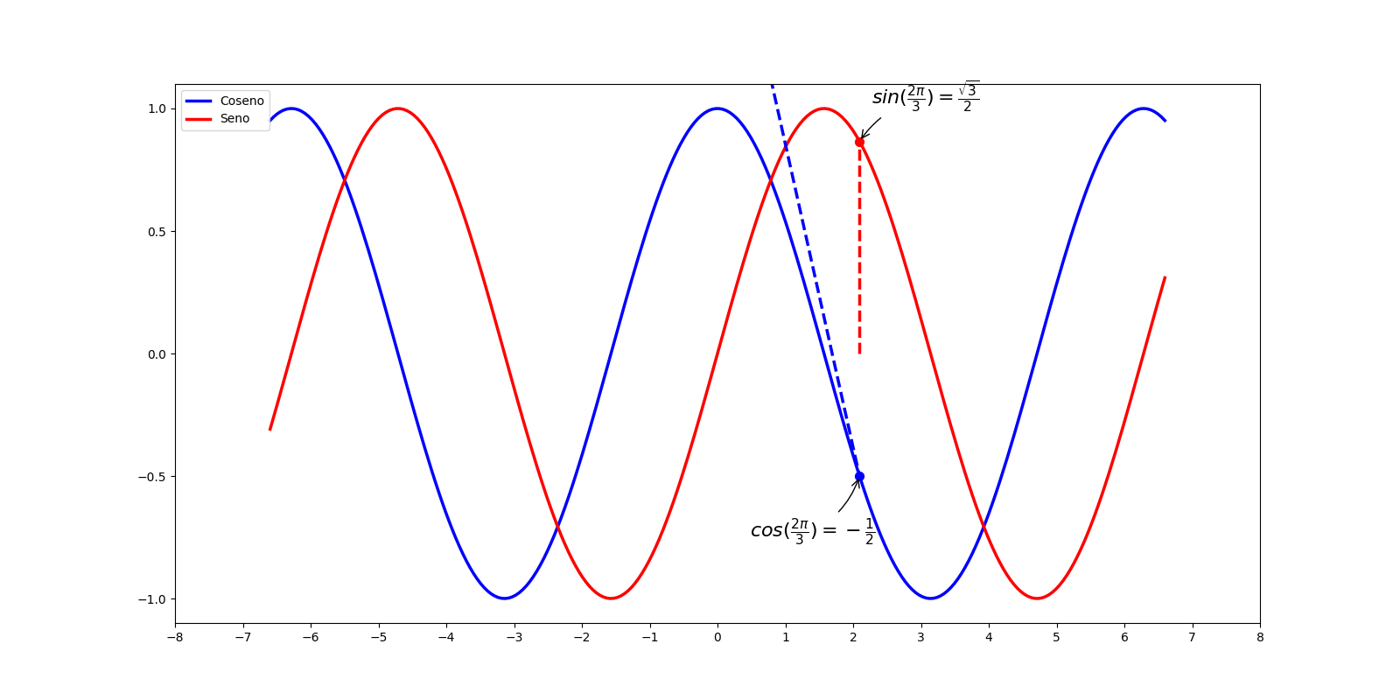
Repository: Jaamunozr/Archivos-python
Script's output: python Archivos Python/Graficas/ejecutable.py
The author's editor kept a copy of each file at every save. The script's output is drawn from the files as they stood at one save, then again after the next save.
Figures wider than 1,400 px are first shrunk to that width. Animations are shown at an early frame. Random numbers start from a fixed seed.

Above is the script's output before, as saved 2020-02-16 22:01:07.

After the next save:
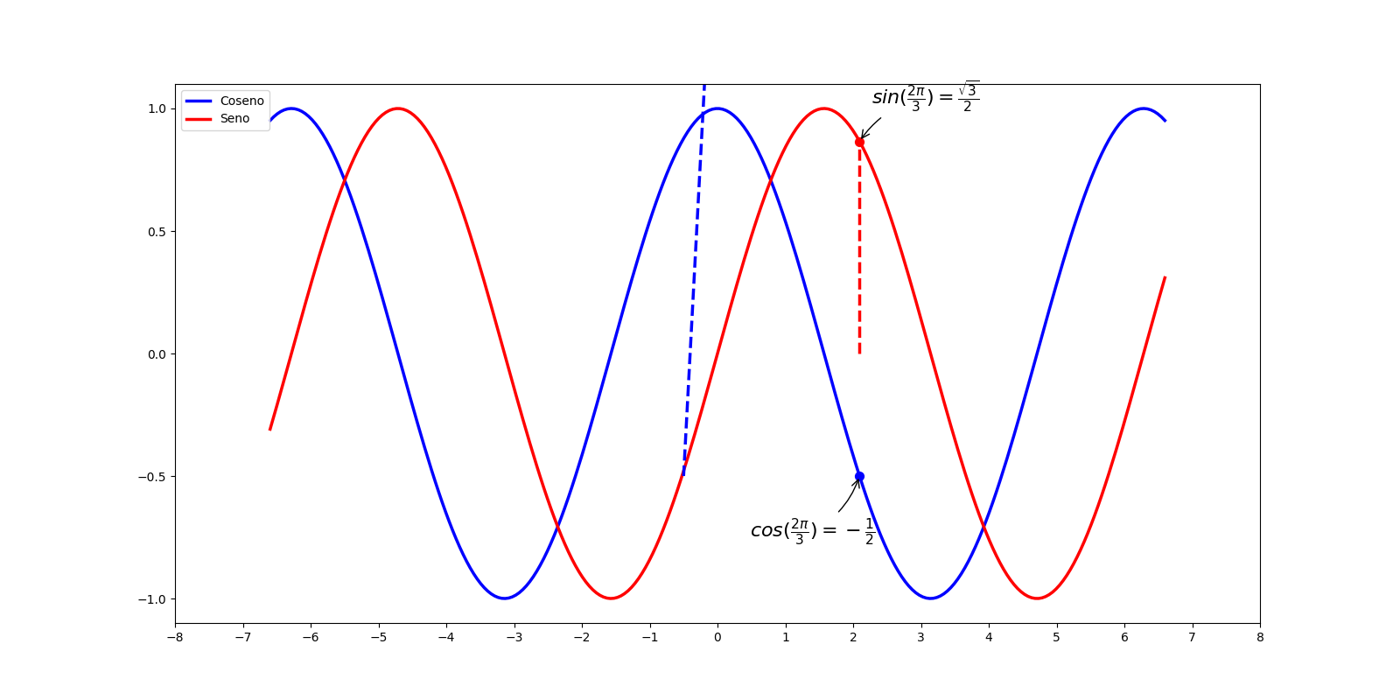
Saved 52 s later.
--- a/Archivos Python/Graficas/ejecutable.py
+++ b/Archivos Python/Graficas/ejecutable.py
@@ -56,7 +56,7 @@ pl.legend(loc='upper left')
 #AGREGRA UNA ANOTACION EN UN PUNTO CONOCIDO
 t = 2 * np.pi / 3
 #Para coseno------------------------------------------------------------------------------------
-pl.plot([0, t], [t, np.cos(t)], color='blue', linewidth=2.5, linestyle="--")
+pl.plot([0, np.cos(t)], [t, np.cos(t)], color='blue', linewidth=2.5, linestyle="--")
 #pl.plot([0, np.cos(t)], [t, t], color='blue', linewidth=2.5, linestyle="--")
 pl.scatter([t, ], [np.cos(t), ], 50, color='blue') #DEFINE LAS CARACTERISTICAS DEN PUNTO (CIRCULO)
 pl.annotate(r'$sin(\frac{2\pi}{3})=\frac{\sqrt{3}}{2}$',#DATOS A IMPRIMIR DEL TEXTO
